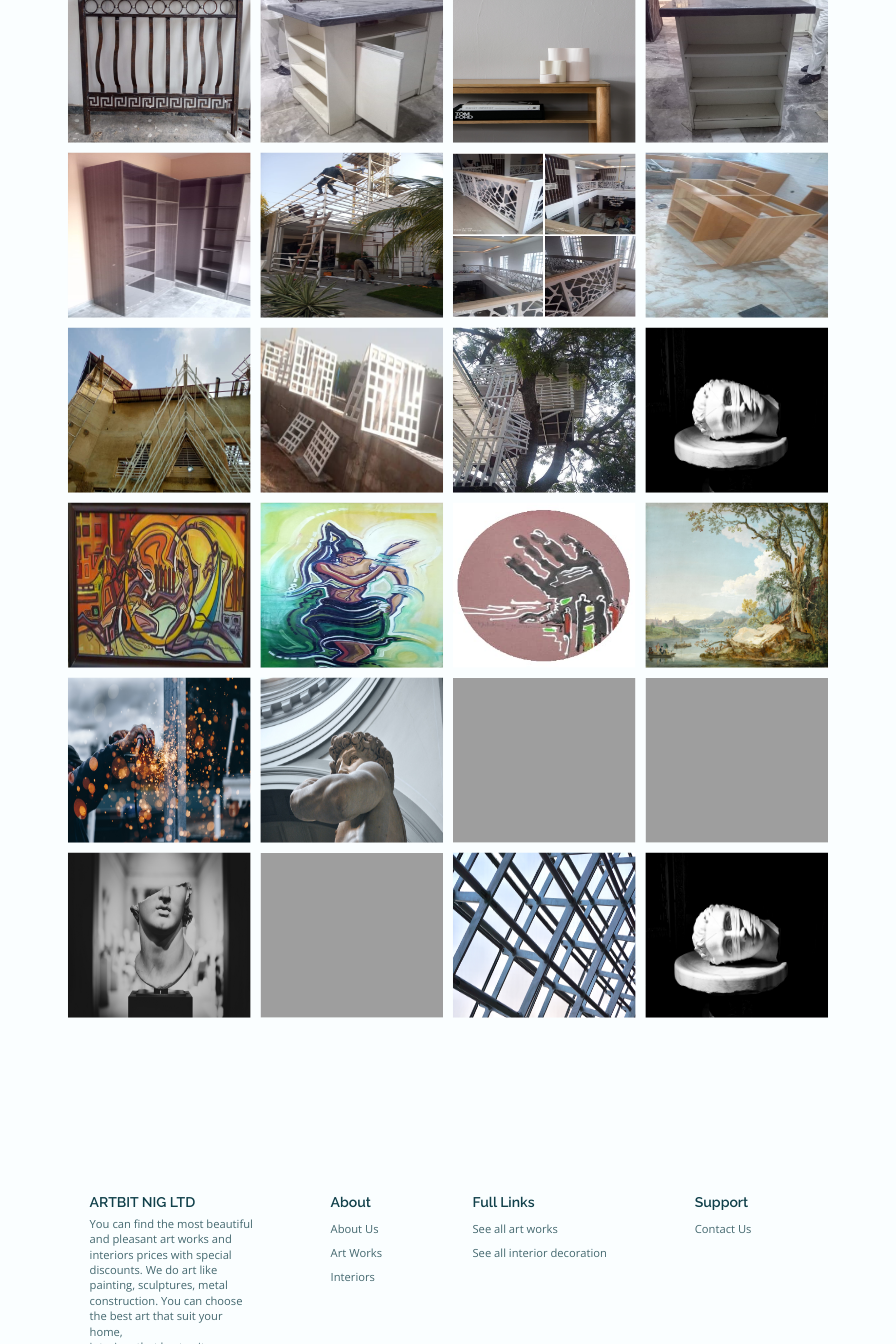
Repository: uche-hub/ARTBIT-WEB
Page: interiors.html
These files come from the project's save history. The page is drawn as it stood at one moment and after a run of saves; the edit follows.
The browser window is 1280 px wide. The pictures show the part of the page from y = 1057 to 2977 px (the page is 3204 px tall), at 70% of full size.
Pictures or frames that could not be fetched are drawn as grey boxes.

Above is the page before, as saved 2021-11-17 15:37:32.
Console error: TypeError: Cannot read properties of null (reading 'classList')

### interiors.html
<!DOCTYPE html>
<html lang="en">
  <head>
    <meta charset="UTF-8" />
    <meta name="viewport" content="width=device-width, initial-scale=1.0" />

    <link rel="shortcut icon" href="assets/img/favicon.png" type="image/png" />

    <!--=============== REMIXICONS ===============-->
    <link
      href="https://cdn.jsdelivr.net/npm/remixicon@2.5.0/fonts/remixicon.css"
      rel="stylesheet"
    />

    <!--=============== SWIPER CSS ===============-->
    <link rel="stylesheet" href="assets/css/swiper-bundle.min.css" />

    <!--=============== CSS ===============-->
    <link rel="stylesheet" href="assets/css/styles.css" />
    <title>Art Work</title>
  </head>

  <body>
    <header class="header" id="header">
      <nav class="nav container">
        <a href="index.html" class="nav__logo">ARTBIT NIG LTD</a>

        <div class="nav__menu" id="nav-menu">
          <ul class="nav__list">
            <li class="nav__item">
              <a href="index.html" class="nav__link">Home</a>
            </li>
            <li class="nav__item">
              <a href="about.html" class="nav__link">About</a>
            </li>
            <li class="nav__item">
              <a href="interiors.html" class="nav__link active-link"
                >Interiors</a
              >
            </li>
            <li class="nav__item">
              <a href="art.html" class="nav__link">Art Works</a>
            </li>
            <li class="nav__item">
              <a href="contact.html" class="nav__link">Contact Us</a>
            </li>
          </ul>

          <div class="nav__dark">
            <!-- Theme change button -->
            <span class="change-theme-name">Dark mode</span>
            <i class="ri-moon-line change-theme" id="theme-button"></i>
          </div>

          <i class="ri-close-line nav__close" id="nav-close"></i>
        </div>

        <div class="nav__toggle" id="nav-toggle">
          <i class="ri-function-line"></i>
        </div>
      </nav>
    </header>

    <main class="main">
      <section class="home" id="home">
        <img src="assets/img/interiorsbg2.jpg" alt="" class="home__img" />

        <div class="home__container container grid">
          <div class="home__data">
            <span class="home__data-subtitle"
              >Discover all our interior designs</span
            >
            <h1 class="home__data-title">
              Explore The <br />Best <b>Beautiful home designs</b>
            </h1>
          </div>

          <div class="home__social">
            <a
              href="https://www.facebook.com/"
              target="_blank"
              class="home__social-link"
            >
              <i class="ri-facebook-box-fill"></i>
            </a>
            <a
              href="https://www.instagram.com/"
              target="_blank"
              class="home__social-link"
            >
              <i class="ri-instagram-fill"></i>
            </a>
            <a
              href="https://twitter.com/"
              target="_blank"
              class="home__social-link"
            >
              <i class="ri-twitter-fill"></i>
            </a>
          </div>
        </div>
      </section>

      <!--=============== ART GALLERY ===========-->
      <section class="art section" id="art">
        <div class="wrapper">
          <nav>
            <div class="items">
              <span class="item active" data-name="all">All</span>
              <span class="item" data-name="painting">Rooms</span>
              <span class="item" data-name="sculptures">Funituress</span>
            </div>
          </nav>
          <!--========= FILTER IMAGE ===========-->
          <div class="gallery">
            <div class="image" data-name="painting">
              <span
                ><img src="/assets/img/interior1.jpeg" alt="painting 1"
              /></span>
            </div>
            <div class="image" data-name="metal">
              <span><img src="/assets/img/i2.jpeg" alt="metal 1" /></span>
            </div>
            <div class="image" data-name="sculptures">
              <span
                ><img src="/assets/img/interiors3.jpg" alt="sculptures 1"
              /></span>
            </div>
            <div class="image" data-name="painting">
              <span><img src="/assets/img/i3.jpeg" alt="painting 2" /></span>
            </div>
            <div class="image" data-name="metal">
              <span><img src="/assets/img/i4.jpeg" alt="metal 2" /></span>
            </div>
            <div class="image" data-name="sculptures">
              <span><img src="/assets/img/i5.jpeg" alt="sculptures 2" /></span>
            </div>
            <div class="image" data-name="painting">
              <span><img src="/assets/img/i6.jpeg" alt="painting 3" /></span>
            </div>
            <div class="image" data-name="metal">
              <span><img src="/assets/img/i7.jpeg" alt="metal 3" /></span>
            </div>
            <div class="image" data-name="sculptures">
              <span><img src="/assets/img/i8.jpeg" alt="sculptures 3" /></span>
            </div>
            <div class="image" data-name="painting">
              <span><img src="/assets/img/i9.jpeg" alt="painting 4" /></span>
            </div>
            <div class="image" data-name="metal">
              <span><img src="/assets/img/i10.jpeg" alt="metal 4" /></span>
            </div>
            <div class="image" data-name="sculptures">
              <span><img src="/assets/img/s4.jpg" alt="sculptures 4" /></span>
            </div>

            <div class="image" data-name="painting">
              <span><img src="/assets/img/act1.jpeg" alt="painting 1" /></span>
            </div>
            <div class="image" data-name="metal">
              <span><img src="/assets/img/a1.jpeg" alt="metal 1" /></span>
            </div>
            <div class="image" data-name="sculptures">
              <span><img src="/assets/img/a3.jpeg" alt="sculptures 1" /></span>
            </div>
            <div class="image" data-name="painting">
              <span><img src="/assets/img/p2.jpg" alt="painting 2" /></span>
            </div>
            <div class="image" data-name="metal">
              <span><img src="/assets/img/m2.jpg" alt="metal 2" /></span>
            </div>
            <div class="image" data-name="sculptures">
              <span><img src="/assets/img/s2.jpg" alt="sculptures 2" /></span>
            </div>
            <div class="image" data-name="painting">
              <span><img src="/assets/img/p3.jpg" alt="painting 3" /></span>
            </div>
            <div class="image" data-name="metal">
              <span><img src="/assets/img/m3.jpg" alt="metal 3" /></span>
            </div>
            <div class="image" data-name="sculptures">
              <span><img src="/assets/img/s3.jpg" alt="sculptures 3" /></span>
            </div>
            <div class="image" data-name="painting">
              <span><img src="/assets/img/p4.jpg" alt="painting 4" /></span>
            </div>
            <div class="image" data-name="metal">
              <span><img src="/assets/img/m4.jpg" alt="metal 4" /></span>
            </div>
            <div class="image" data-name="sculptures">
              <span><img src="/assets/img/s4.jpg" alt="sculptures 4" /></span>
            </div>
          </div>
        </div>
      </section>

      <!-- Full Screen Image Preview Box-->
      <div class="preview-box">
        <div class="details">
          <span class="title"
            >Image Category:
            <p>Not Defined</p></span
          >
          <span class="icon ri-close-line"></span>
        </div>
        <div class="image-box">
          <img src="" alt="" />
        </div>
      </div>

      <div class="shadow"></div>
    </main>

    <!--==================== FOOTER ====================-->
    <footer class="footer section">
      <div class="footer__container container grid">
        <div class="footer__content grid">
          <div class="footer__data">
            <h3 class="footer__title">ARTBIT NIG LTD</h3>
            <p class="footer__description">
              You can find the most beautiful and pleasant art works and
              interiors prices with special discounts. We do art like painting,
              sculptures, metal construction. You can choose the best art that
              suit your home, <br />
              interiors that best suit your home.
            </p>
            <div>
              <a
                href="https://www.facebook.com/"
                target="_blank"
                class="footer__social"
              >
                <i class="ri-facebook-box-fill"></i>
              </a>
              <a
                href="https://twitter.com/"
                target="_blank"
                class="footer__social"
              >
                <i class="ri-twitter-fill"></i>
              </a>
              <a
                href="https://www.instagram.com/"
                target="_blank"
                class="footer__social"
              >
                <i class="ri-instagram-fill"></i>
              </a>
            </div>
          </div>

          <div class="footer__data">
            <h3 class="footer__subtitle">About</h3>
            <ul>
              <li class="footer__item">
                <a href="#about" class="footer__link">About Us</a>
              </li>
              <li class="footer__item">
                <a href="#art" class="footer__link">Art Works</a>
              </li>
              <li class="footer__item">
                <a href="#interiors" class="footer__link">Interiors</a>
              </li>
            </ul>
          </div>

          <div class="footer__data">
            <h3 class="footer__subtitle">Full Links</h3>
            <ul>
              <li class="footer__item">
                <a href="art.html" class="footer__link">See all art works</a>
              </li>
              <li class="footer__item">
                <a href="" class="footer__link">See all interior decoration</a>
              </li>
            </ul>
          </div>

          <div class="footer__data">
            <h3 class="footer__subtitle">Support</h3>
            <ul>
              <li class="footer__item">
                <a href="" class="footer__link">Contact Us</a>
              </li>
            </ul>
          </div>
        </div>

        <div class="footer__rights">
          <p class="footer__copy">
            &#169; 2021 ARTBIT NIG LTD. All rigths reserved.
          </p>
        </div>
      </div>
    </footer>

    <!--========== SCROLL UP ==========-->
    <a href="#" class="scrollup" id="scroll-up">
      <i class="ri-arrow-up-line scrollup__icon"></i>
    </a>

    <!--=============== SCROLL REVEAL===============-->
    <script src="assets/js/scrollreveal.min.js"></script>

    <!--=============== SWIPER JS ===============-->
    <script src="assets/js/swiper-bundle.min.js"></script>

    <!--=============== MAIN JS ===============-->
    <script src="assets/js/art.js"></script>
  </body>
</html>

Loaded but not shown: assets/css/swiper-bundle.min.css (library); assets/js/scrollreveal.min.js (library); assets/js/swiper-bundle.min.js (library); assets/js/art.js (201 lines, source omitted); assets/css/styles.css (1203 lines, source omitted)

After the next 4 saves:
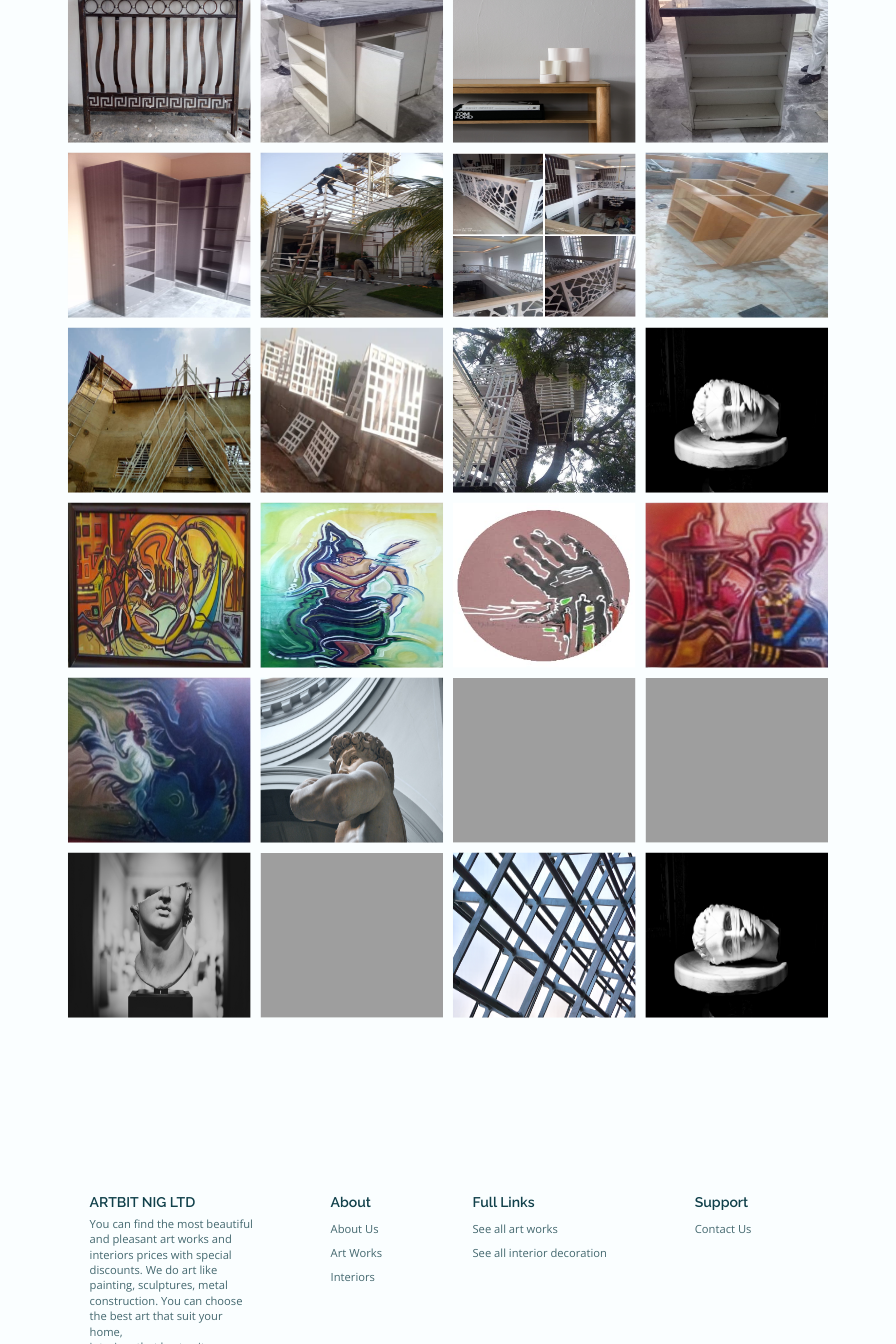
The 4 saves are shown as one change because they came seconds apart.
The last was saved 11 s later.
--- a/interiors.html
+++ b/interiors.html
@@ -164,10 +164,10 @@
               <span><img src="/assets/img/a3.jpeg" alt="sculptures 1" /></span>
             </div>
             <div class="image" data-name="painting">
-              <span><img src="/assets/img/p2.jpg" alt="painting 2" /></span>
-            </div>
-            <div class="image" data-name="metal">
-              <span><img src="/assets/img/m2.jpg" alt="metal 2" /></span>
+              <span><img src="/assets/img/a4.jpeg" alt="painting 2" /></span>
+            </div>
+            <div class="image" data-name="metal">
+              <span><img src="/assets/img/a5.jpeg" alt="metal 2" /></span>
             </div>
             <div class="image" data-name="sculptures">
               <span><img src="/assets/img/s2.jpg" alt="sculptures 2" /></span>
